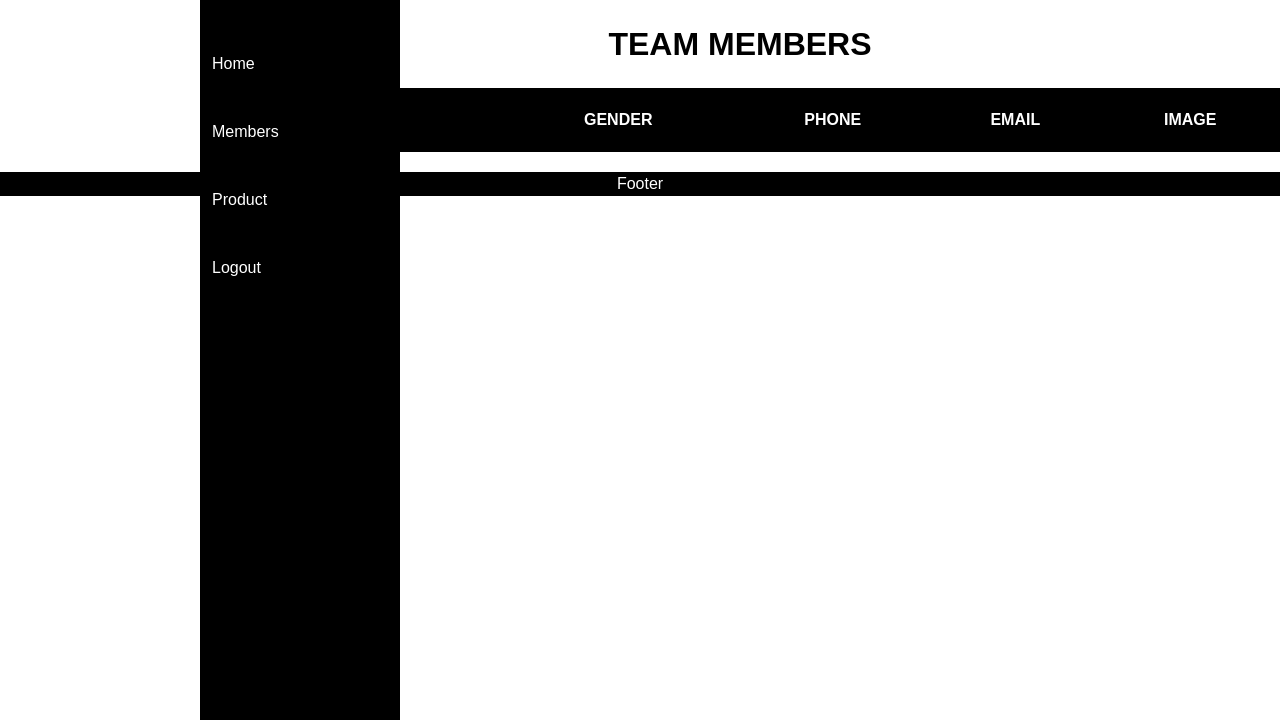
Repository: Eugene44-hub/SHRGroup46-capstone
Page: /members
These files come from the project's save history. The page is drawn as it stood at one moment and after the next save; the edit follows.
The browser window is 1280 px wide. The pictures show the whole page.
The page's requests for data from a server got no answer. The project was rebuilt for these pictures with package versions that can differ from the ones it lists, and the page was loaded fresh each time. No one was signed in, and anything a server would have sent is missing.

Above is the page before, as saved 2022-05-19 16:17:41.

### src/index.css
@tailwind base;
@tailwind components;
@tailwind utilities;
@import url('https://fonts.googleapis.com/css2?family=Poppins:wght@300;400;500;700&display=swap');
body {
    font-family: 'Poppins', sans-serif;
}

code {
    font-family: source-code-pro, Menlo, Monaco, Consolas, 'Courier New', monospace;
}

* {
    margin: 0;
    padding: 0;
    box-sizing: border-box;
}

@layer components {
    .tax {
        @apply text-sm font-medium
    }
    .taxPrice {
        @apply font-extralight
    }
}

### src/App.js
import React from 'react'
import { lazy, Suspense, useEffect, useState } from "react";
import { Route, Routes,BrowserRouter as Router } from "react-router-dom";

//read through comments on each component and pages to understand properly

// only tailwind and css modules are used in this project, any additional libraries should be told to the lead before installation

//Note: you can use normal import statement on the pages. Lazy load is for only Routing pages

// API's too have been fetched in utility folder you can import and use with the syntax below

import { fetchAllData,fetchCompanyQuantity,fetchPersonQuantity,fetchProductQuantity } from "./utilities/apis";
// fetchAllData(input endpoint here to fetch all data).then(data =>console.log(data) )
// fetchPersonQuantity(input quantity here to fetch an amount of data).then(data =>console.log(data) )
// fetchProductQuantity(input quantity here to fetch an amount of data).then(data =>console.log(data) )
// fetchCompanyQuantity(input quantity here to fetch an amount of data).then(data =>console.log(data) )

// endpoints are as follows:
// https://fakerapi.it/api/v1/products?_quantity=1
// https://fakerapi.it/api/v1/companies?_quantity=1
// https://fakerapi.it/api/v1/persons?_quantity=10
// https://fakerapi.it/api/v1/products
// https://fakerapi.it/api/v1/companies
// https://fakerapi.it/api/v1/persons

// check utilities folder for more details on the api functions

// happy coding


const Nav=lazy(()=>import('./components/nav/Nav'));
const Home=lazy(()=>import('./pages/home/Home'));
const Dashboard=lazy(()=>import('./pages/dashboard/Dashboard'))
const Members=lazy(()=>import('./pages/members/Members'))
const Product=lazy(()=>import('./pages/product/Product'))
const Login=lazy(()=>import('./pages/login/Login'))
const Footer=lazy(()=>import('./components/footer/Footer'))



const quantity = 12;

function App() {

  const[products, setProducts] = useState('')
  const [members,setMembers]=useState(null)

  useEffect(() => {
    fetchProductQuantity(quantity).then(data =>setProducts(data.data) )
    fetchAllData("https://fakerapi.it/api/v1/persons").then(data =>setMembers(data))
  }, [])

  return (
    <div className="App">

<Suspense fallback={<h1>Loading...</h1>}>
  <Router>
    <div className='ml-[200px]'>


  <Nav/>

<Routes>
<Route path="/" element={<Home/>} />
<Route path="/product" element={<Product products = {products}/>} />
<Route path="/dashboard" element={<Dashboard/>} />
<Route path="/login" element={<Login/>} />
<Route path="/members" element={<Members members={members}/>} />
</Routes>
</div>
</Router>
<Footer/>
</Suspense>
    </div>
  );
}

export default App;

### src/utilities/apis.js
//this function takes in the url as an argument in string format

export const fetchAllData = async(url) => {
    const response = await fetch(url);
    const data = await response.json();
    return data;
}

//

// this part take in the quantity as an argument in integer format
export const fetchPersonQuantity = async(quantity) => {
    const response = await fetch(`https://fakerapi.it/api/v1/persons?_quantity=${quantity}`);
    const data = await response.json();
    return data;
}

export const fetchCompanyQuantity = async(quantity) => {

    const response = await fetch(`https://fakerapi.it/api/v1/companies?_quantity=${quantity}`);
    const data = await response.json();
    return data;
}

export const fetchProductQuantity = async(quantity) => {
    const response = await fetch(`https://fakerapi.it/api/v1/products?_quantity=${quantity}`);
    const data = await response.json();
    return data;
}



// https://fakerapi.it/api/v1/products?_quantity=1
// https://fakerapi.it/api/v1/companies?_quantity=1
// https://fakerapi.it/api/v1/persons?_quantity=10

### src/components/nav/Nav.jsx
import React from 'react'
import { useNavigate } from 'react-router-dom'

import styles from './Nav.module.css'
const navItems=[{
  item:'Home',
  url:'/'
},
{
  item:'members',
  url:'/'
},
{
  item:'product',
  url:'/'
},
{
  item:'logout',
  url:'/'
}]
const Nav = () => {
  const navigate=useNavigate()
  return (
    <nav className={`${styles.nav} `}>
      <div  className='fixed md:w-[200px] bg-black z-50 pt-5 top-0 h-full'>
      <ul>

{navItems.map((navItem,index)=>(<li className='my-5 p-3 transition-all hover:bg-gray-200 hover:text-black'>
  <button className='capitalize ' onClick={()=>navigate(navItem.url)}>{navItem.item}</button>
</li>))}
<li>

</li>
</ul>
      </div>

    </nav>
  )
}

export default Nav

### src/pages/members/Members.jsx
import React from 'react'
//components should be imported from here if needed
// make use of your normal import statement here to import components
// make use of the css module folder or tailwind or you can use inline styles
// check the sample on nav and footer for css modules


const Members = ({members}) => {

console.log(members);
  return (
    <section className='my-5'>
    <div className='container'>
    <header className='md:text-[2rem] text-center font-bold uppercase mb-5'>
      Team members
    </header>
<table className='w-full text-white'>
 <thead>


    <tr className='bg-black border-white'>
      <th className='text-center  py-5 text-[.5rem] md:text-[1rem] uppercase'>fullname</th>
      <th className='text-center py-5 text-[.5rem] md:text-[1rem] uppercase'>gender</th>
      <th className='text-center py-5 text-[.5rem] md:text-[1rem] uppercase'>phone</th>
      <th className='text-center py-5 text-[.5rem] md:text-[1rem] uppercase'>email</th>
      <th className='text-center py-5 text-[.5rem] md:text-[1rem] uppercase'>image</th>
    </tr>
    </thead>

<tbody>
  {members&&members.data.map((member,index) => (
      <tr key={index} style={{backgroundColor:index%2===0?"lightgrey":"black", color:index%2===0?"black":"white"}} className="py-5 shadow-lg mb-5">
      <td className=' text-center text-[.5rem] md:text-[1rem]'>
      {member.firstname} {member.lastname}
      </td>
      <td className=' text-center text-[.5rem] md:text-[1rem] capitalize'>
      {member.gender}
      </td>
      <td className=' text-center text-[.5rem] md:text-[1rem]'>
      {member.phone}
      </td>
      <td className=' text-center text-[.5rem] md:text-[1rem]'>
      {member.email}
      </td>
      <td className=' py-2  text-center text-[.5rem] md:text-[1rem]'>
      <img src={member.image} className="w-[50px] mx-auto h-[50px] rounded-full" alt="" />
      </td>
      </tr>
      ))}
</tbody>

</table>

    </div>

    </section>
  )
}

export default Members

### src/components/footer/Footer.jsx
import React from 'react'
import styles from "./Footer.module.css"
const Footer = () => {
  return (
    <footer className={styles.footer}>Footer</footer>
  )
}

export default Footer

### src/components/nav/Nav.module.css
/** @format */

nav {
    /* height: 300px; */
    background-color: black;
    color: white;
}

### src/components/footer/Footer.module.css
/** @format */

footer {
  /* height: 300px; */
  background-color: black;
  color: white;
  text-align: center;
}

Loaded but not shown: public/index.html (common file); src/index.js (common file); tailwind.config.js (common file)

After the next save:
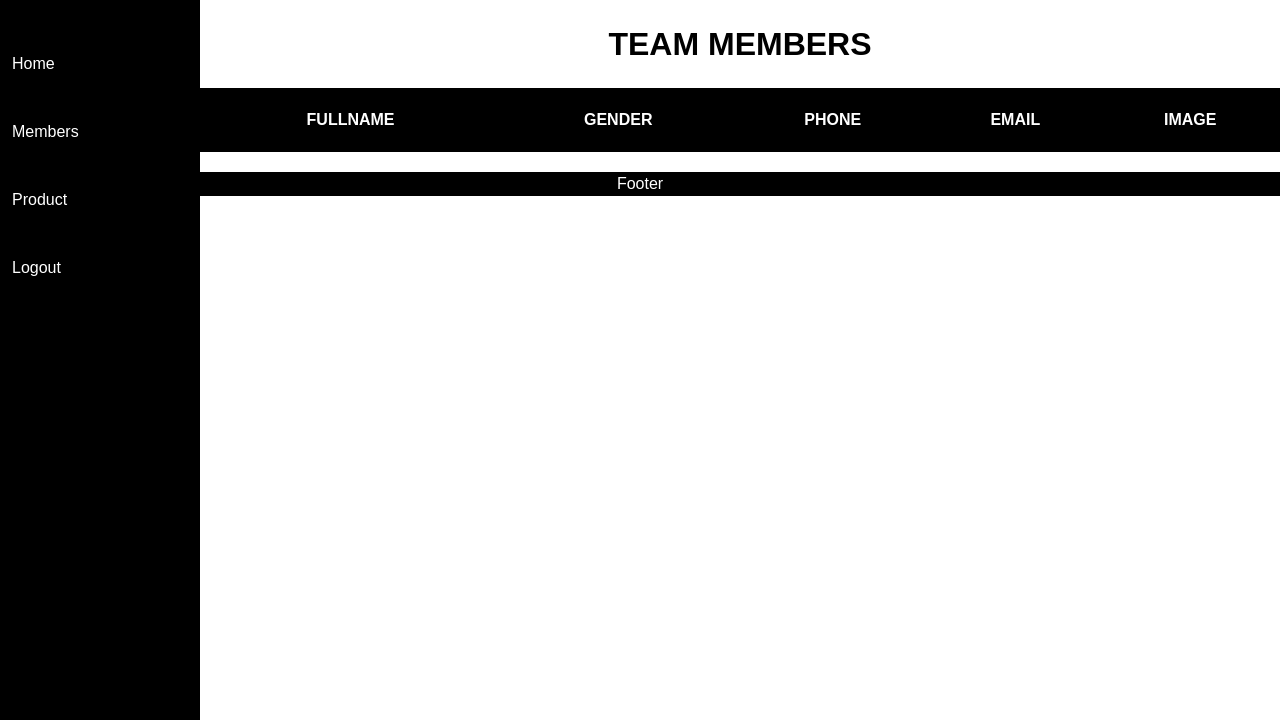
Saved 4 min 17 s later.
--- a/src/App.js
+++ b/src/App.js
@@ -56,11 +56,9 @@ function App() {
 
 <Suspense fallback={<h1>Loading...</h1>}>
   <Router>
-    <div className='ml-[200px]'>
-
-
   <Nav/>
 
+    <div className='ml-[200px]'>
 <Routes>
 <Route path="/" element={<Home/>} />
 <Route path="/product" element={<Product products = {products}/>} />
